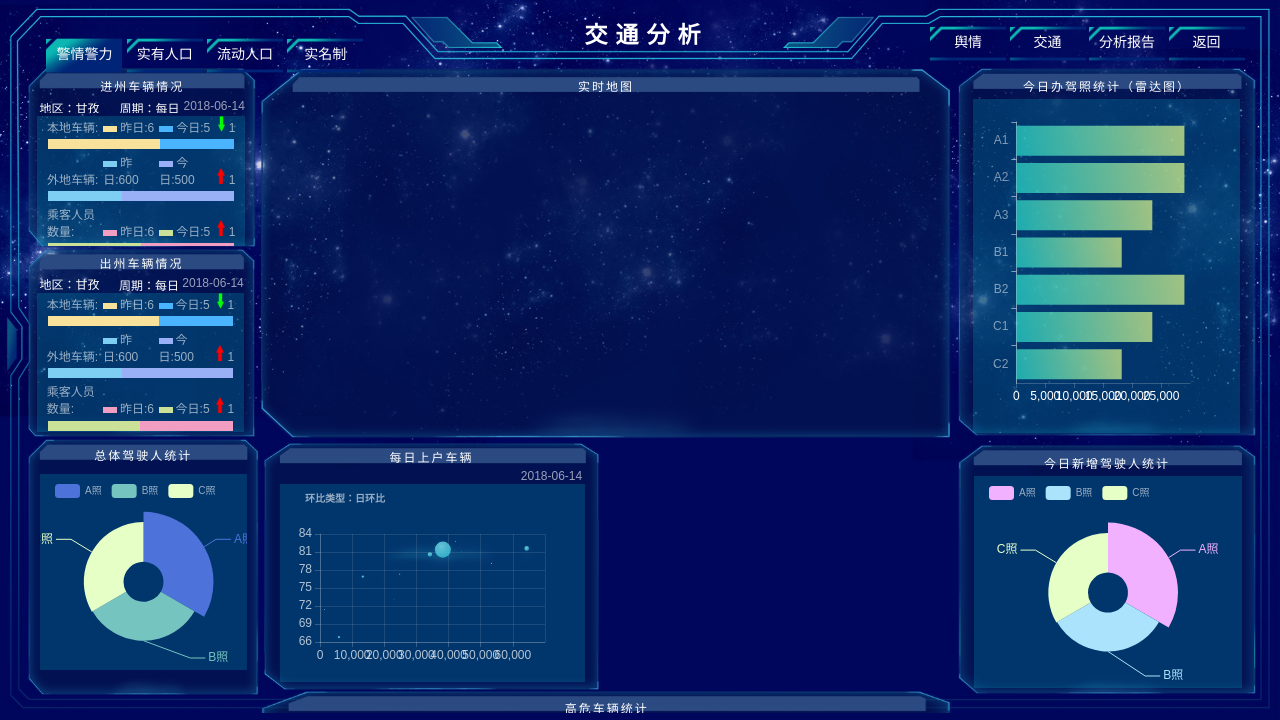
Repository: aspsaopao/bigscreen
Page: traffic.html
These files come from the project's save history. The page is drawn as it stood at one moment and after the next save; the edit follows.
The browser window is 1280 px wide. The pictures show the whole page.

Above is the page before, as saved 2020-01-22 22:23:10.
Console error: TypeError: Cannot read properties of null (reading 'getAttribute')

After the next save:
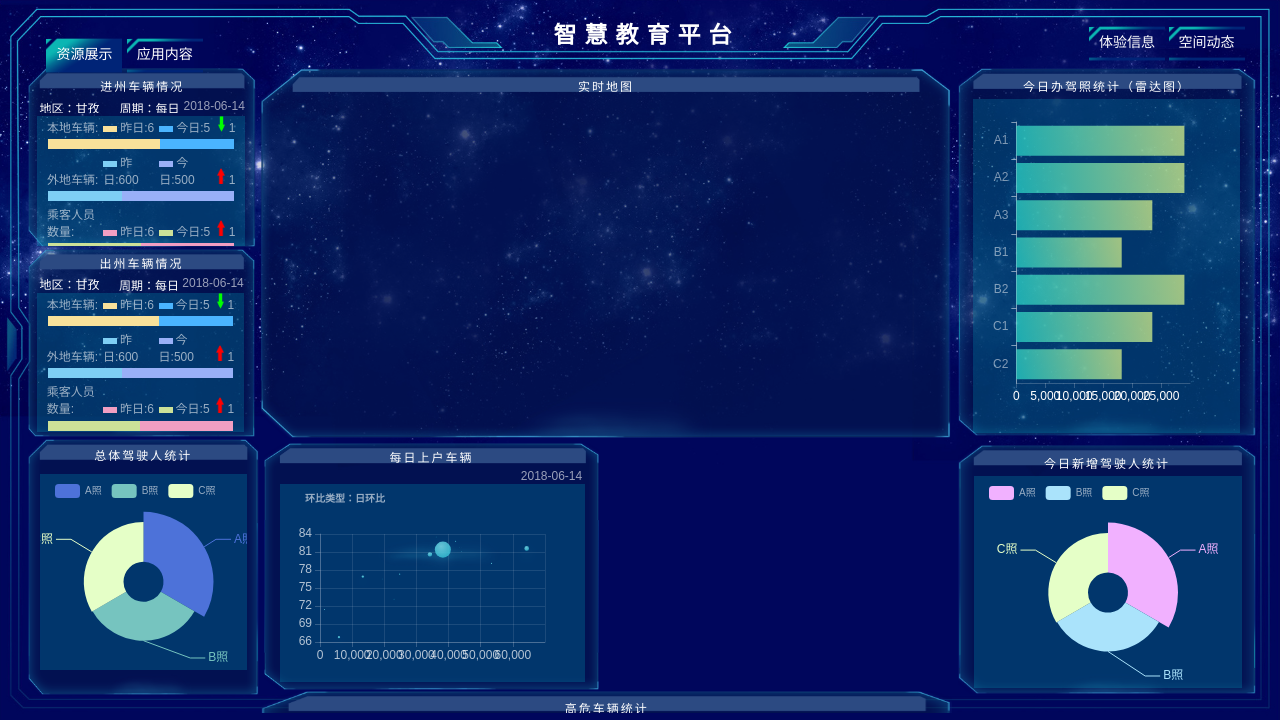
Saved 1300 days later.
--- a/traffic.html
+++ b/traffic.html
@@ -10,19 +10,16 @@
 <div class="wpbox">
 <div class="bnt">
   <div class="topbnt_left fl">
-   <ul><li class="active"><a href="#">警情警力</a></li>
-      <li><a href="#">实有人口</a></li>
-      <li><a href="#">流动人口</a></li>
-      <li><a href="#">实名制</a></li>
+   <ul>
+      <li class="active"><a href="#">资源展示</a></li>
+      <li><a href="#">应用内容</a></li>
    </ul>
   </div>
-  <h1 class="tith1 fl">交通分析</h1>
+  <h1 class="tith1 fl">智慧教育平台</h1>
   <div class=" fr topbnt_right">
     <ul>
-       <li><a href="#">返回</a></li>
-       <li><a href="#">分析报告</a></li>
-       <li><a href="#">交通</a></li>
-       <li><a href="#">舆情</a></li>
+      <li><a href="#">空间动态</a></li>
+       <li><a href="#">体验信息</a></li>
     </ul>
    </ul>
   </div>
